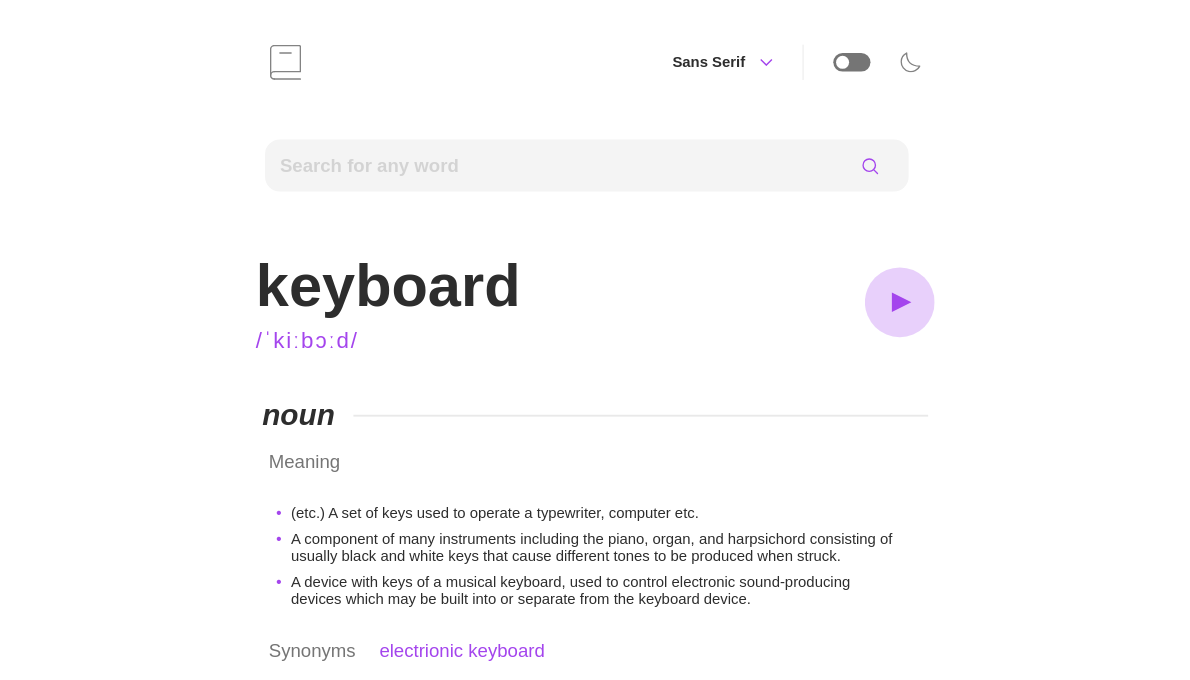
Repository: Arkitecth/dictionary-app
Page: index.html
The author's editor kept a copy of each file at every save. The page is drawn from the files as they stood at one save, then again after the next save.
The browser window is 1280 px wide. The pictures show the whole page, at 93% of full size.

Above is the page before, as saved 2023-07-20 16:44:18.

After the next save:
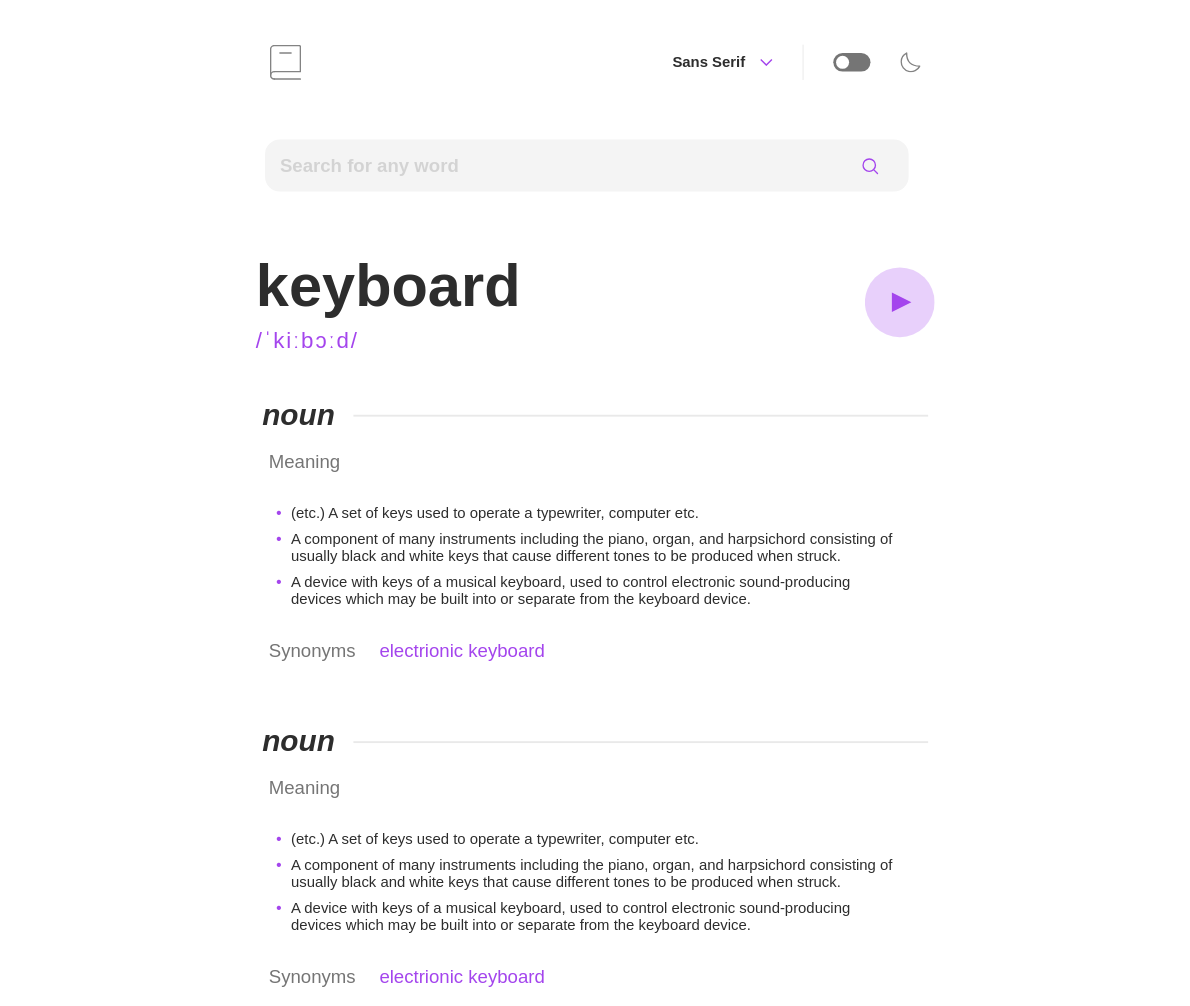
Saved 114 s later.
--- a/index.html
+++ b/index.html
@@ -65,7 +65,7 @@
 
     </section>
 
-    <!-- <div class="speech-part-group">
+    <div class="speech-part-group">
       <p class="speech-part">noun</p>
       <div class="grey-rule"></div>
     </div>
@@ -79,7 +79,7 @@
       </ul>
       <p class="synonymn">Synonyms <span>electrionic keyboard</span></p>
 
-    </section> -->
+    </section>
 
 
 
